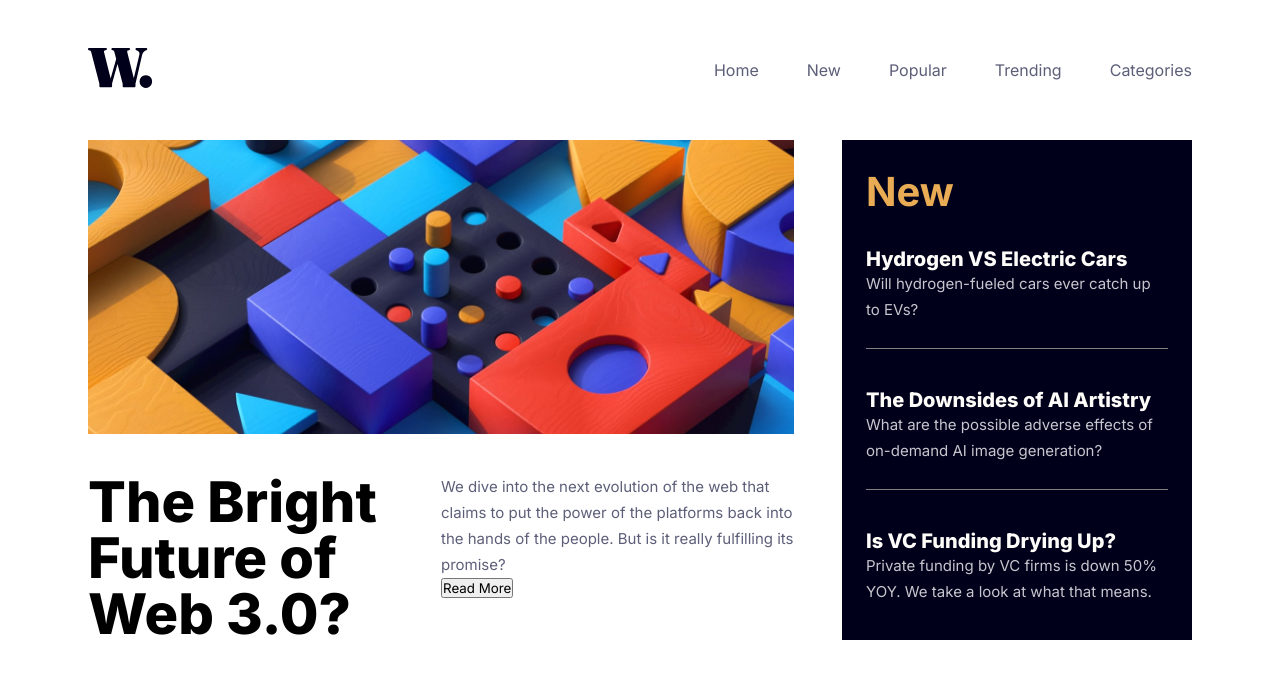
Repository: DevAntonioRogers/FrontendMentor-News-Homepage
Page: index.html
These files come from the project's save history. The page is drawn as it stood at one moment and after the next save; the edit follows.
The browser window is 1280 px wide. The pictures show the whole page.

Above is the page before, as saved 2023-04-21 12:49:09.

After the next save:
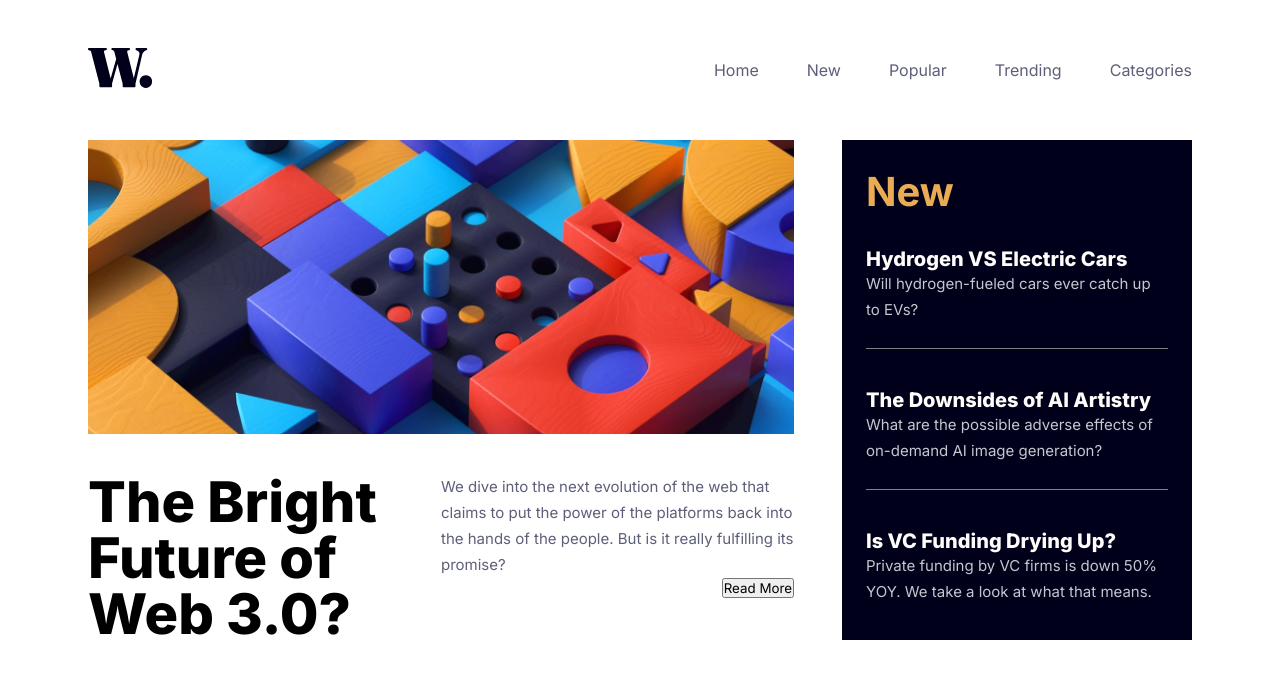
Saved 7 s later.
--- a/styles.css
+++ b/styles.css
@@ -85,7 +85,7 @@ nav{
 }
 
 .hero-article button{
-  align-self: baseline;
+  align-self: flex-end
 }
 
 .hero-article p{
